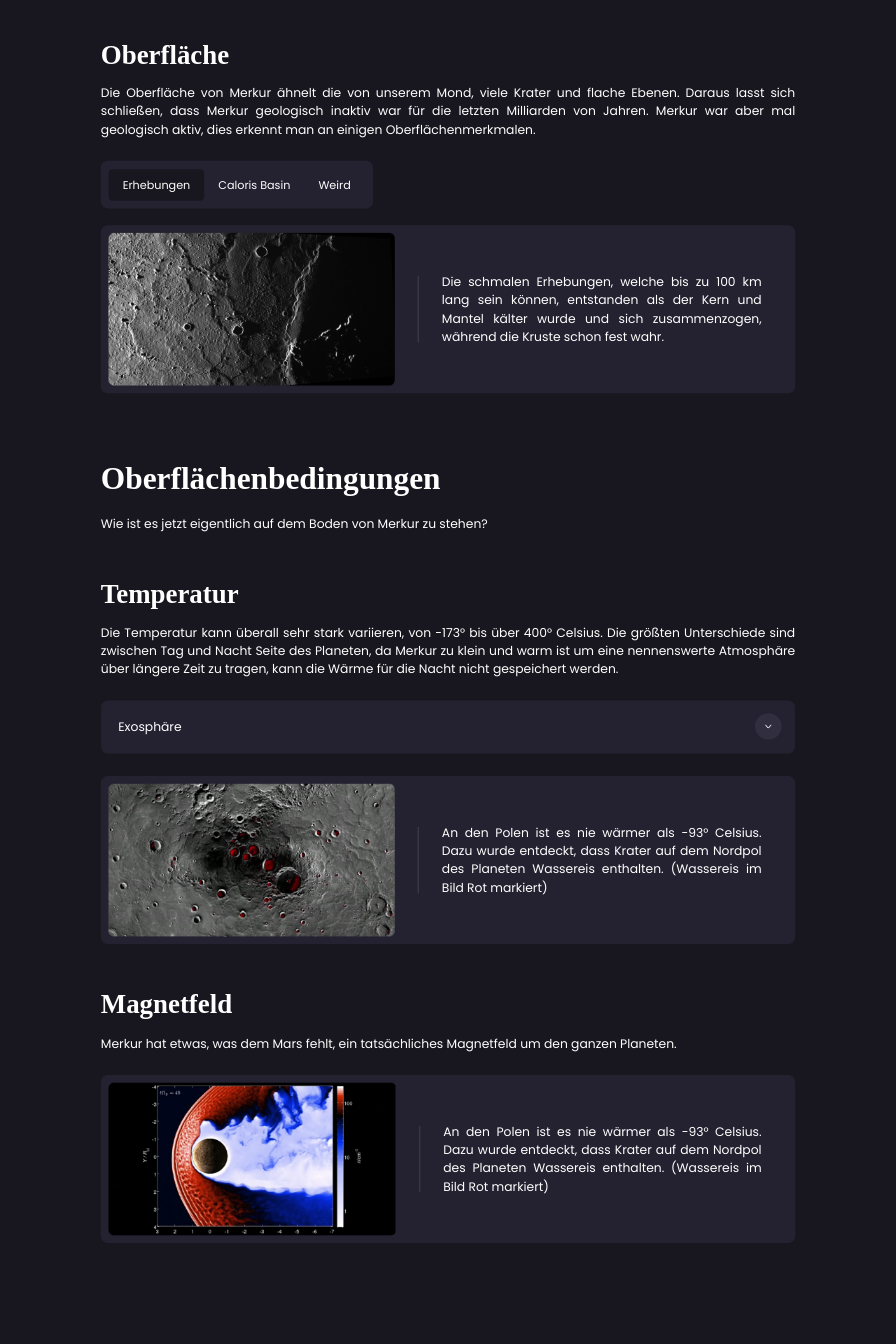
Repository: moreno-livak/solar
Page: dist/html/merkur.html
These files come from the project's save history. The page is drawn as it stood at one moment and after the next save; the edit follows.
The browser window is 1280 px wide. The pictures show the part of the page from y = 1774 to 3694 px (the page is 3694 px tall), at 70% of full size.
The style sheet was rebuilt from its Sass, Less or Tailwind sources for each picture, by a compiler version that may differ from the author's.

Above is the page before, as saved 2022-05-07 13:41:07.

After the next save:
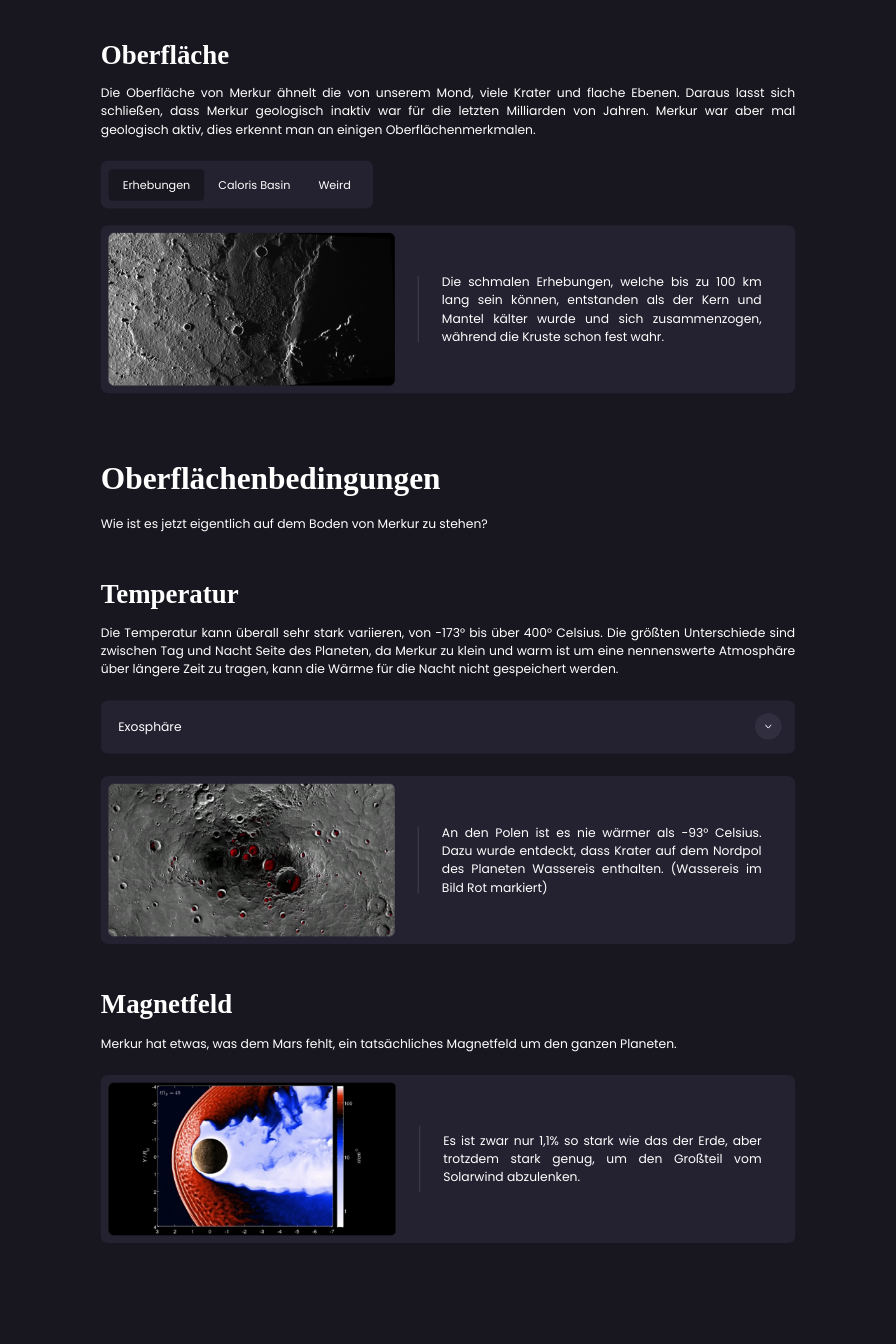
Saved 13 s later.
--- a/dist/html/merkur.html
+++ b/dist/html/merkur.html
@@ -187,9 +187,8 @@
     <div class="content">
       <img src="../assets/Merkur/Magnetfeld.png" alt="Merkur Magnetfeld">
       <div class="vl"></div>
-      <p>An den Polen ist es nie wärmer als -93° Celsius. Dazu wurde entdeckt,
-        dass Krater auf dem Nordpol des Planeten Wassereis enthalten.
-        (Wassereis im Bild Rot markiert)</p>
+      <p>Es ist zwar nur 1,1% so stark wie das der Erde, aber trotzdem
+        stark genug, um den Großteil vom Solarwind abzulenken.</p>
     </div>
 
   </section>
